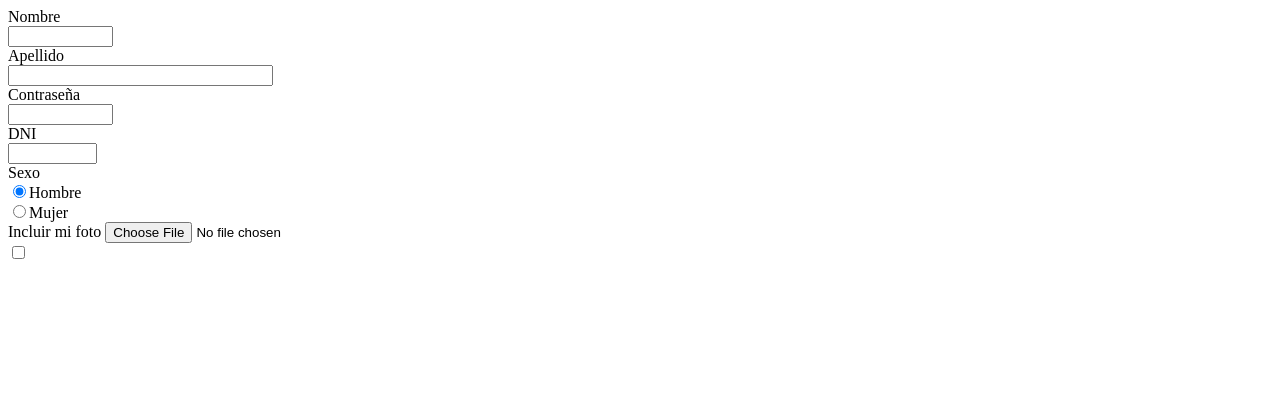
Repository: GonzaDelgado/JavaProjects
Page: modulo_html/WebContent/Formulario.html
These files come from the project's save history. The page is drawn as it stood at one moment and after the next save; the edit follows.
The browser window is 1280 px wide. The pictures show the whole page.

Above is the page before, as saved 2021-02-08 14:40:04.

After the next save:
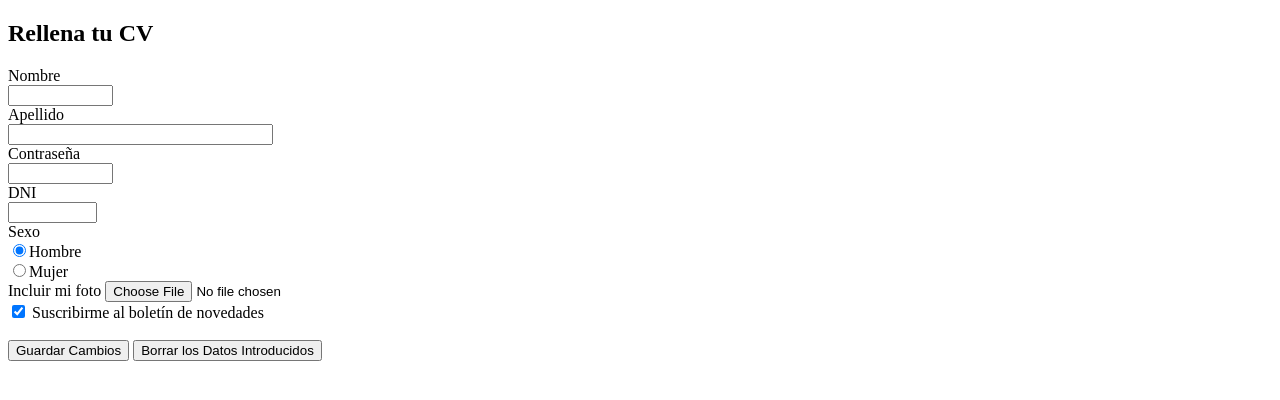
Saved 3 min 24 s later.
--- a/modulo_html/WebContent/Formulario.html
+++ b/modulo_html/WebContent/Formulario.html
@@ -5,6 +5,7 @@
 <title>Formulario</title>
 </head>
 <body>
+	<h2>Rellena tu CV</h2>
 	<form action=".." method="post" enctype="multipart/form-data">
 	Nombre<br>
 	<input type ="text" size="10" name="nombre" value="" maxlength="30"/><br>
@@ -18,10 +19,10 @@
 	<input type="radio" name="sexo" value="hombre" checked="checked"/>Hombre<br>
 	<input type="radio" name="sexo" value="mujer"/>Mujer<br>
 	Incluir mi foto <input type="file" name="adjunto" /><br>
-	<input name="suscripcion_boletin" type="checkbox" value="suscripcion_boletin" value="checked"/>
-
-
-
+	<input name="suscripcion_boletin" type="checkbox" value="suscripcion_boletin" checked="checked"/>
+	Suscribirme al boletín de novedades<br><br>
+	<input type="submit" name="guardar_cambios" value="Guardar Cambios">
+	<input type="reset" name="limpiar" value="Borrar los Datos Introducidos">
 
 	</form>
 </body>
